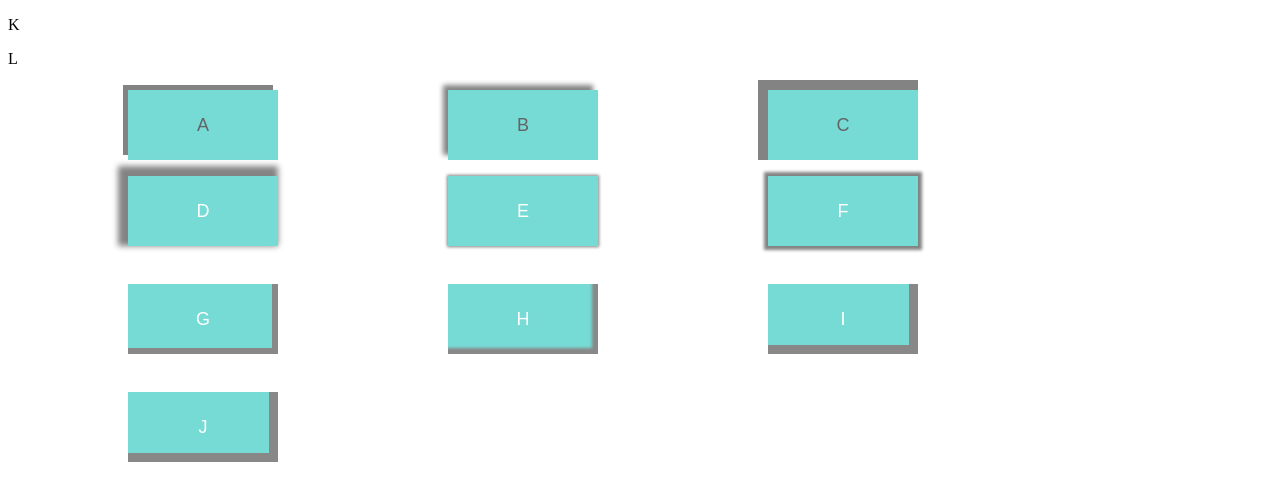
Repository: ThePerez/ArgProg
Page: Practicas ArgProg/Practica 3/Ejercicio 8/index.html
These files come from the project's save history. The page is drawn as it stood at one moment and after the next save; the edit follows.
The browser window is 1280 px wide. The pictures show the whole page.

Above is the page before, as saved 2023-03-20 18:22:00.

### Practicas ArgProg/Practica 3/Ejercicio 8/index.html
<!DOCTYPE html>
<html lang="en">
<head>
     <meta charset="UTF-8">
     <meta http-equiv="X-UA-Compatible" content="IE=edge">
     <meta name="viewport" content="width=device-width, initial-scale=1.0">
     <title>Ejercicio 8</title>
     <link rel="stylesheet" href="styles.css">
</head>
<body>
     <p class="a">A</p>
     <p class="b">B</p>
     <p class="c">C</p>
     <p class="d">D</p>
     <p class="e">E</p>
     <p class="f">F</p>

     <p class="g">G</p>
     <p class="h">H</p>
     <p class="i">I</p>
     <p class="j">J</p>
     <p class="k">K</p>
     <p class="l">L</p>
</body>
</html>

### Practicas ArgProg/Practica 3/Ejercicio 8/styles.css
.a {
     font-family: sans-serif;
     font-family: Century Gothic, CenturyGothic, AppleGothic, sans-serif;
     color: #646464;
     font-size: 18px;
     background: rgb(118, 218, 213);
     box-shadow: -5px -5px 0px   #838383;
     width: 150px;
     height: 70px;
     position: absolute;
     top: 10%;
     left: 10%;
     display: flex;
     justify-content: center;
     align-items: center;
}

.b {
     font-family: sans-serif;
     font-family: Century Gothic, CenturyGothic, AppleGothic, sans-serif;
     color: #646464;
     font-size: 18px;
     background: rgb(118, 218, 213);
     box-shadow: -5px -5px 5px   #838383;
     width: 150px;
     height: 70px;
     position: absolute;
     top: 10%;
     left: 35%;
     display: flex;
     justify-content: center;
     align-items: center;
}

.c {
     font-family: sans-serif;
     font-family: Century Gothic, CenturyGothic, AppleGothic, sans-serif;
     color: #646464;
     font-size: 18px;
     background: rgb(118, 218, 213);
     box-shadow: -5px -5px 0px 5px #838383;
     width: 150px;
     height: 70px;
     position: absolute;
     top: 10%;
     left: 60%;
     display: flex;
     justify-content: center;
     align-items: center;
}

.d {
     font-family: sans-serif;
     font-family: Century Gothic, CenturyGothic, AppleGothic, sans-serif;
     color: #ffffff;
     font-size: 18px;
     background: rgb(118, 218, 213);
     box-shadow: -5px -5px 6px 5px #838383;
     width: 150px;
     height: 70px;
     position: absolute;
     top: 22%;
     left: 10%;
     display: flex;
     justify-content: center;
     align-items: center;
}

.e {
     font-family: sans-serif;
     font-family: Century Gothic, CenturyGothic, AppleGothic, sans-serif;
     color: #ffffff;
     font-size: 18px;
     background: rgb(118, 218, 213);
     box-shadow: 0px 0px 3px 1px #838383;
     width: 150px;
     height: 70px;
     position: absolute;
     top: 22%;
     left: 35%;
     display: flex;
     justify-content: center;
     align-items: center;
}

.f {
     font-family: sans-serif;
     font-family: Century Gothic, CenturyGothic, AppleGothic, sans-serif;
     color: #ffffff;
     font-size: 18px;
     background: rgb(118, 218, 213);
     box-shadow: 0px 0px 3px 4px #838383;
     width: 150px;
     height: 70px;
     position: absolute;
     top: 22%;
     left: 60%;
     display: flex;
     justify-content: center;
     align-items: center;
}

.g {
     font-family: sans-serif;
     font-family: Century Gothic, CenturyGothic, AppleGothic, sans-serif;
     color: #ffffff;
     font-size: 18px;
     background: rgb(118, 218, 213);
     box-shadow: inset -5px -5px 0px 1px #888;
     width: 150px;
     height: 70px;
     position: absolute;
     top: 37%;
     left: 10%;
     display: flex;
     justify-content: center;
     align-items: center;
}

.h {
     font-family: sans-serif;
     font-family: Century Gothic, CenturyGothic, AppleGothic, sans-serif;
     color: #ffffff;
     font-size: 18px;
     background: rgb(118, 218, 213);
     box-shadow: inset -5px -5px 3px 1px #888;;
     width: 150px;
     height: 70px;
     position: absolute;
     top: 37%;
     left: 35%;
     display: flex;
     justify-content: center;
     align-items: center;
}

.i {
     font-family: sans-serif;
     font-family: Century Gothic, CenturyGothic, AppleGothic, sans-serif;
     color: #ffffff;
     font-size: 18px;
     background: rgb(118, 218, 213);
     box-shadow: inset -5px -5px 0px 4px #888;;
     width: 150px;
     height: 70px;
     position: absolute;
     top: 37%;
     left: 60%;
     display: flex;
     justify-content: center;
     align-items: center;
}

.j {
     font-family: sans-serif;
     font-family: Century Gothic, CenturyGothic, AppleGothic, sans-serif;
     color: #ffffff;
     font-size: 18px;
     background: rgb(118, 218, 213);
     box-shadow: inset -5px -5px 0px 4px #888;;
     width: 150px;
     height: 70px;
     position: absolute;
     top: 52%;
     left: 10%;
     display: flex;
     justify-content: center;
     align-items: center;
}

After the next save:
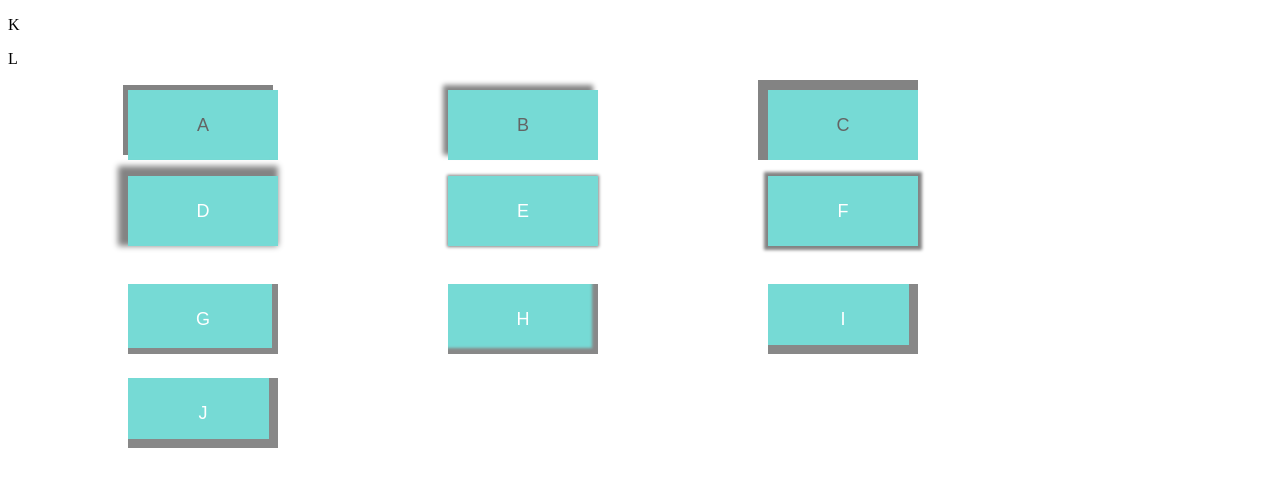
Saved 5 s later.
--- a/Practicas ArgProg/Practica 3/Ejercicio 8/styles.css
+++ b/Practicas ArgProg/Practica 3/Ejercicio 8/styles.css
@@ -161,7 +161,7 @@
      width: 150px;
      height: 70px;
      position: absolute;
-     top: 52%;
+     top: 50%;
      left: 10%;
      display: flex;
      justify-content: center;
